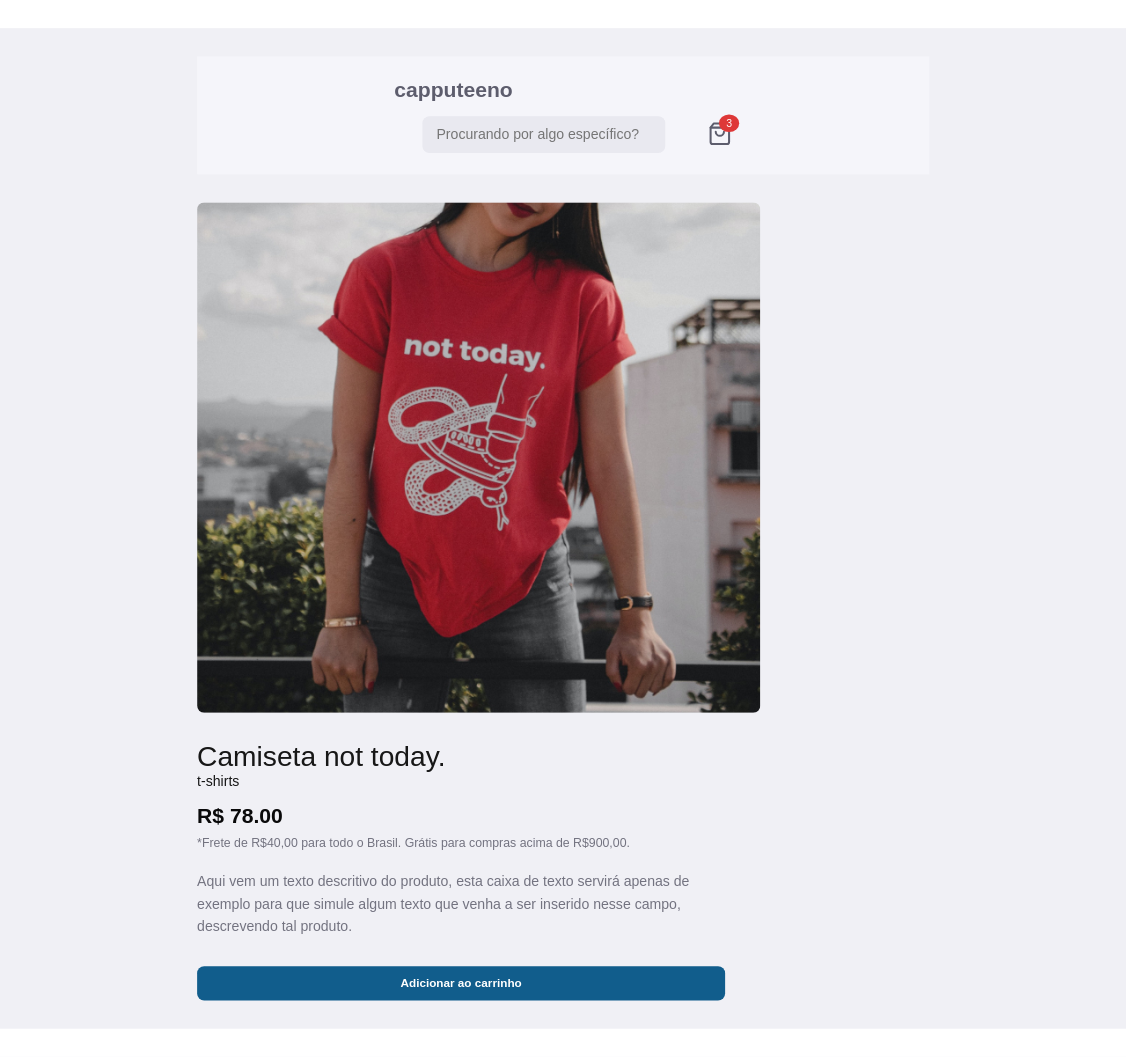
Repository: Biel-barbosa/capputeenoecomerce
Page: /product/1
The author's editor kept a copy of each file at every save. The page is drawn from the files as they stood at one save, then again after the next save.
The browser window is 1280 px wide. The pictures show the whole page, at 88% of full size.
The project was rebuilt for these pictures with package versions that can differ from the ones it lists, and the page was loaded fresh each time. The framework's server and built-in components were replaced by stand-ins that run in the browser. Also part of the build but not shown: next.config.ts.

Above is the page before, as saved 2025-04-23 12:52:24.

After the next save:
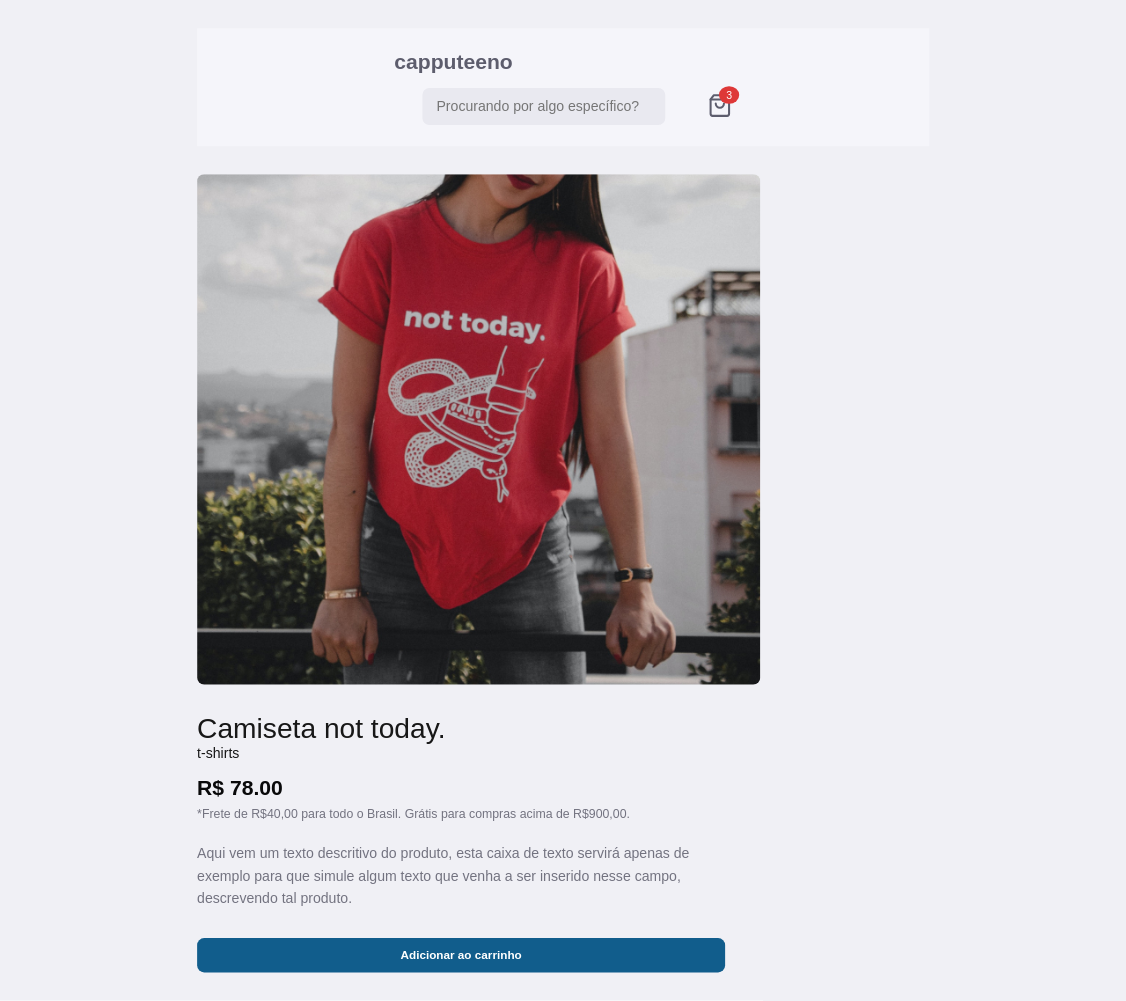
Saved 21 s later.
--- a/src/app/product/[id]/page.tsx
+++ b/src/app/product/[id]/page.tsx
@@ -6,7 +6,6 @@ import { products, Product } from '@/data/products';
 import Header from '@/components/Header'
 
 const Container = styled.div`
-  margin: 2rem auto;
   padding: 2rem 14rem ;
   display: flex;
   gap: 2rem;
